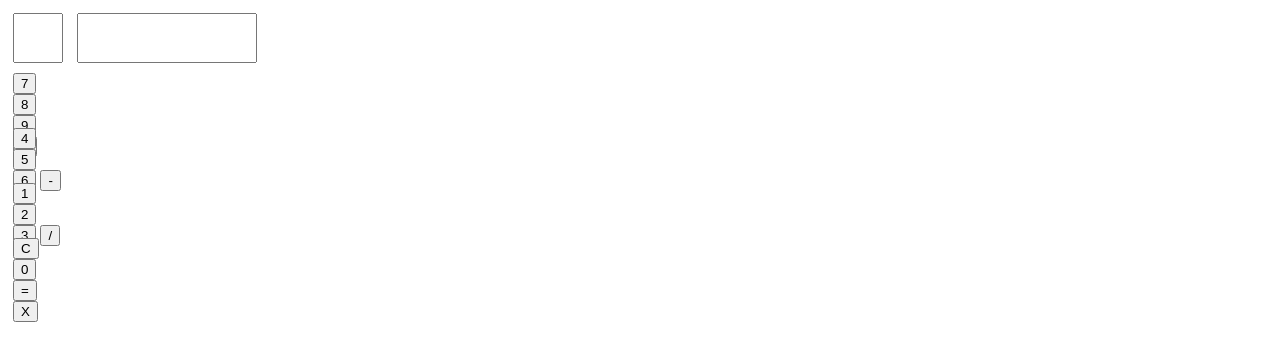
Repository: jun01270/calculator
Page: caculator.html
The author's editor kept a copy of each file at every save. The page is drawn from the files as they stood at one save, then again after the next save.
The browser window is 1280 px wide. The pictures show the whole page.

Above is the page before, as saved 2023-07-31 20:27:45.

### caculator.html
<!DOCTYPE html>
<html lang="en">
  <head>
    <meta charset="UTF-8" />
    <meta name="viewport" content="width=device-width, initial-scale=1.0" />
    <link rel="stylesheet" type="text/css" href="/index.css" />
    <title>Document</title>
  </head>
  <body>
    <input readonly type="text" id="operator" />
    <input readonly type="number" id="result" />

    <div class="row">
      <button id="num-7">7</button>
      <button id="num-8">8</button>
      <button id="num-9">9</button>
      <button id="plus">+</button>
    </div>
    <div class="row">
      <button id="num-4">4</button>
      <button id="num-5">5</button>
      <button id="num-6">6</button>
      <button id="minus">-</button>
    </div>
    <div class="row">
      <button id="num-1">1</button>
      <button id="num-2">2</button>
      <button id="num-3">3</button>
      <button id="divde">/</button>
    </div>
    <div class="row">
      <button id="clear">C</button>
      <button id="num-0">0</button>
      <button id="calculate">=</button>
      <button id="mutiply">X</button>
    </div>
  </body>
</html>

### index.css
* {
  box-sizing: border-box;
}

#result {
  width: 180px;
  height: 50px;
  margin: 5px;
  text-align: right;
}

#operator {
  width: 50px;
  height: 50px;
  margin: 5px;
  text-align: center;
}

.row {
  width: 50px;
  height: 50px;
  margin: 5px;
}

After the next save:
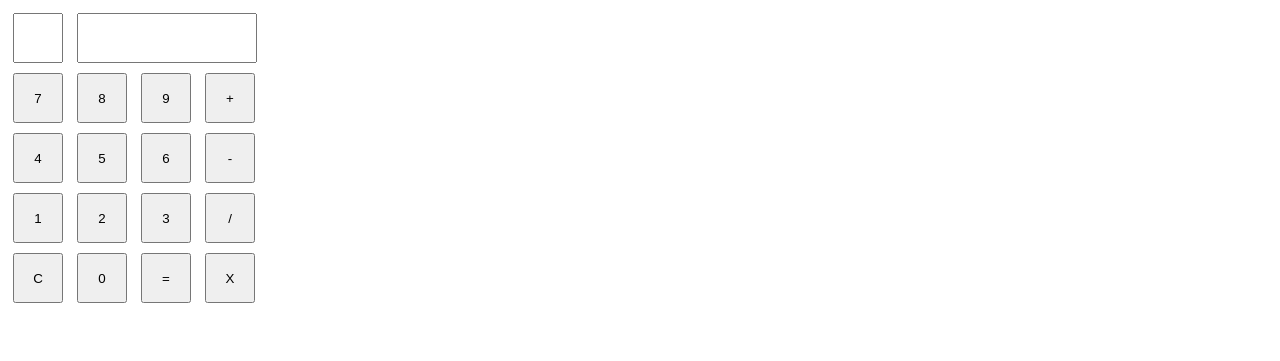
Saved 68 s later.
--- a/index.css
+++ b/index.css
@@ -16,7 +16,7 @@
   text-align: center;
 }
 
-.row {
+button {
   width: 50px;
   height: 50px;
   margin: 5px;
